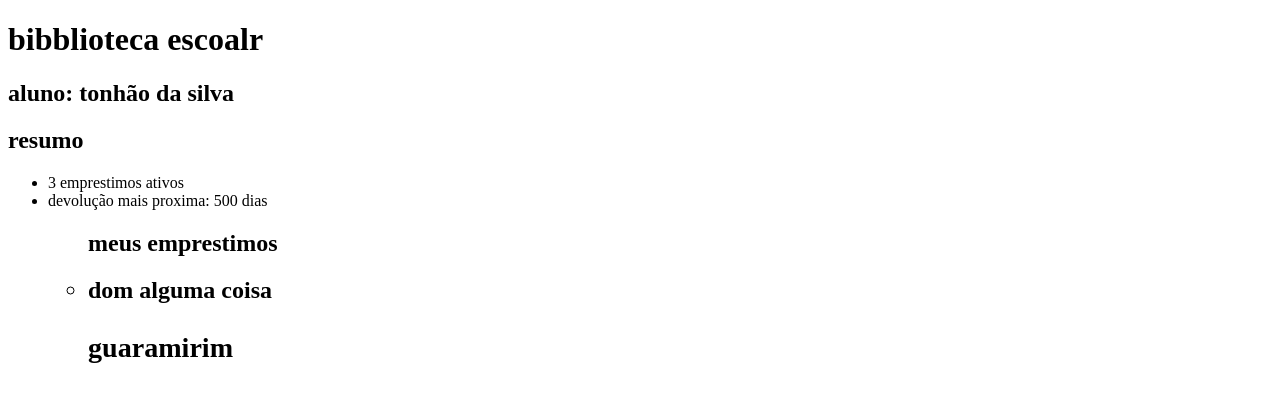
Repository: melloeduarda/html
Page: index.html
These files come from the project's save history. The page is drawn as it stood at one moment and after the next save; the edit follows.
The browser window is 1280 px wide. The pictures show the whole page.

Above is the page before, as saved 2026-10-28 15:15:49.

### index.html
<!DOCTYPE html>
<html lang = "pt-br">
<head>
    <meta charset = "UTF-8">
    <meta name = "viewport" content="widnt=device-width, initial -scale1.0">
    <title>Biblioteca Escolar</title>
    <link rel = "stylesheet" href="estilo.css">
    </head>
    <body>

<header>
    <h1>bibblioteca escoalr</h1>
    <h2>aluno: tonhão da silva</h2>
<header>

    <h2>resumo</h2>
    <ul>
        <li>3 emprestimos ativos</li>
        <li>devolução mais proxima: 500 dias</li>
    <ul>
<h2>meus emprestimos<h2>
    <div class="card">
        <li>dom alguma coisa</li>
        <h3>guaramirim</h6>

Loaded but not shown: estilo.css (no copy from this time; the picture is the same without it)

After the next save:
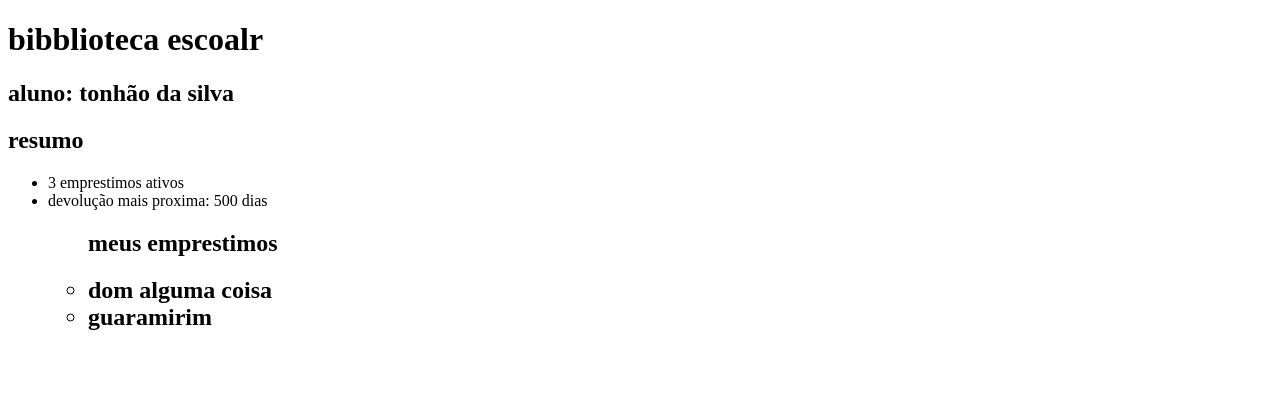
Saved 6 s later.
--- a/index.html
+++ b/index.html
@@ -21,4 +21,4 @@
 <h2>meus emprestimos<h2>
     <div class="card">
         <li>dom alguma coisa</li>
-        <h3>guaramirim</h6>
+        <li>guaramirim</h6>
